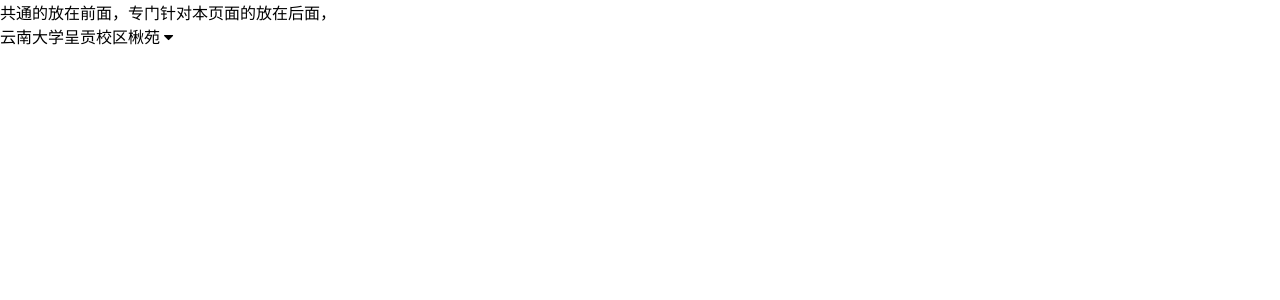
Repository: F000top/ele
Page: index.html
An editor plug-in stored every save of this project. The page is shown before and after the next save, followed by the edit.
The browser window is 1280 px wide. The pictures show the whole page.

Above is the page before, as saved 2022-05-04 23:52:01.

### index.html
<!DOCTYPE html>
<html lang="en">
<head>
    <meta charset="UTF-8">
    <!-- 移动端网页必备 -->
    <meta name="viewport" content="width=device-width,initial-scale=1">
    <!-- 导入一些库文件 -->
    <link href="framework/font-awesome/css/font-awesome.min.css" rel="stylesheet">
    <link href="framework/reset.css" rel="stylesheet">
    <link href="framework/icon.css" rel="stylesheet">
    <link href="css/index.css" rel="stylesheet">

    共通的放在前面，专门针对本页面的放在后面，
    <meta http-equiv="X-UA-Compatible" content="IE=edge">
    <meta name="viewport" content="width=device-width, initial-scale=1.0">
    <title>Document</title>
</head>
<body>
    <!-- 总容器 ，wrapper包装-->
    <div class="wrapper">
            <!-- 头部  -->
            <header>
                <div class="icon-location-box">
                    <div class="icon-location"></div>
                    <div>云南大学呈贡校区楸苑 <i class="fa fa-caret-down"></i>   </div>
                </div>
            </header>
    </div>
</body>
</html>

### framework/reset.css
/***************** CSS重置 *******************/
/* 开发自己想要的东西 */
html,body,div,span,h1,h2,h3,h4,h5,h6,ul,ol,li,p{
	margin: 0;
	padding: 0;
}

html,body{
	width: 100%;
	height: 100%;
	font-family: "幼圆";

}

ul,ol{
	list-style: none;

}

/* 标签 */
a{
	text-decoration: none;
}

### framework/icon.css
/**
 * location 定位小图标
 * 说明：使用div标签，加上icon-location类样式即可。
 *       但需要放置在一个容器中，调整容器大小，图标能自适应容器大小。
 * 示例：
 * <div class="icon-location-box">
 *     <div class="icon-location"></div>
 * </div>
 */
.icon-location {
	position: relative;
	width: 100%;
	height: 100%;
	border-radius: 50% 50% 50% 0;
	background: #fff;
	transform: rotate(-45deg);
}
.icon-location:after {
	content: '';
	width: 40%;
	height: 40%;
	margin: 30% 0 0 29%;
	background-color: #0097FF;
	position: absolute;
	border-radius: 50%;
}

Loaded but not shown: framework/font-awesome/css/font-awesome.min.css (library); css/index.css (no stored copy; drawn as an empty file)

After the next save:
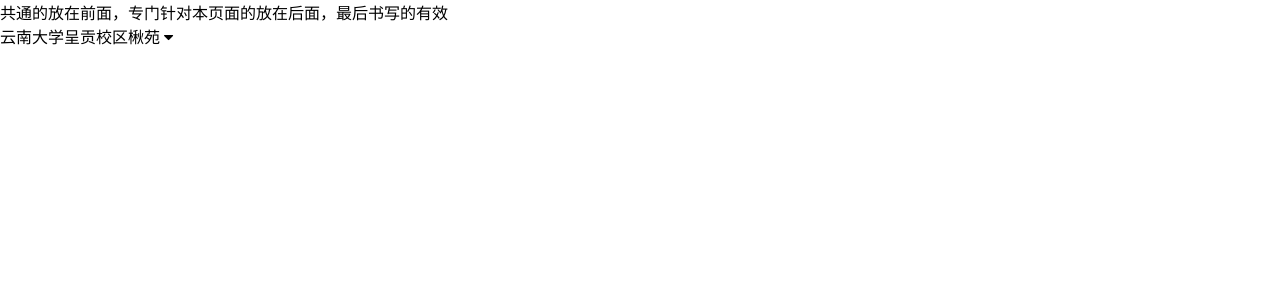
Saved 6 s later.
--- a/index.html
+++ b/index.html
@@ -10,7 +10,7 @@
     <link href="framework/icon.css" rel="stylesheet">
     <link href="css/index.css" rel="stylesheet">
 
-    共通的放在前面，专门针对本页面的放在后面，
+    共通的放在前面，专门针对本页面的放在后面，最后书写的有效
     <meta http-equiv="X-UA-Compatible" content="IE=edge">
     <meta name="viewport" content="width=device-width, initial-scale=1.0">
     <title>Document</title>
